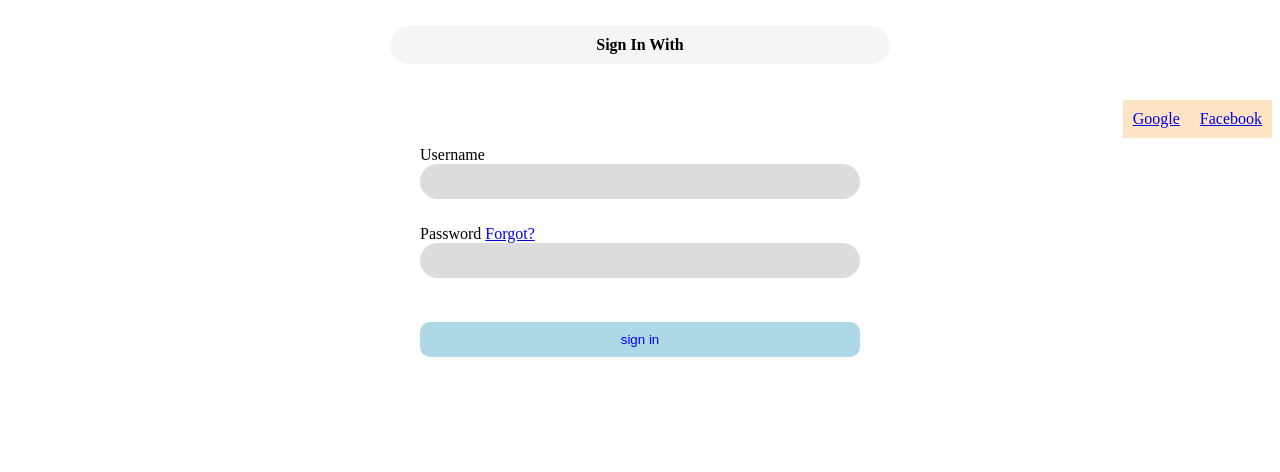
Repository: Tobby004/bdc-assignment-2
Page: index.html
The author's editor kept a copy of each file at every save. The page is drawn from the files as they stood at one save, then again after the next save.
The browser window is 1280 px wide. The pictures show the whole page.

Above is the page before, as saved 2023-02-11 07:14:47.

### index.html
<!DOCTYPE html>
<html lang="en">
<head>
    <meta charset="UTF-8">
    <meta http-equiv="X-UA-Compatible" content="IE=edge">
    <meta name="viewport" content="width=<device-width>, initial-scale=1.0">
    <title>Document</title>
    <link rel="stylesheet" href="task.css">
</head>
<body>
    <header>
    <div class="box-container">
        <div class="box1">
        <br>
            <b>
             Sign In With
            </b>
        <br>
        <br>
        <a href="#">
            Facebook</a>
            <a href="#">
                Google
            </a>
        </div>
            </div>
        </header>


        <div class="form-input">
        <p>Username
            <br>
            <input type="text" placeholder="" />
        </p>
         <p>Password
            <a href="#">Forgot?</a>
            <br>
            <input type="password" />
         </p>
         <br>
         <button>sign in</button>
        </div>

</body>
</html>

### task.css
*{
    box-sizing:border-box;
}
header b {
    background-color:whitesmoke ;
    display: flex;
    padding: 10px;
    border-radius: 40px;
    margin-right: auto;
    margin-left: auto;
    max-width: 500px;
    justify-content: center;
}
header a {
    padding: 10px;
    display: flex;
    background-color: bisque;
    float: inline-end;
    max-width: 500px
}
.form-input{
    display: block;
    max-width: 500px;
    height: 10px;
    padding: 30px;
    margin-left: auto;
    margin-right: auto;
}
input {
    background-color: gainsboro;
    display: flexbox;
    padding: 10px;
    width: 100%;
    border: none;

    border-radius: 30px;
    margin-bottom: 10px;
}
button {
    display: block;
    padding: 10px;
    width: 100%;
    border: none;
    color: blue;
    border-radius: 10px;
    background: lightblue;
}

After the next save:
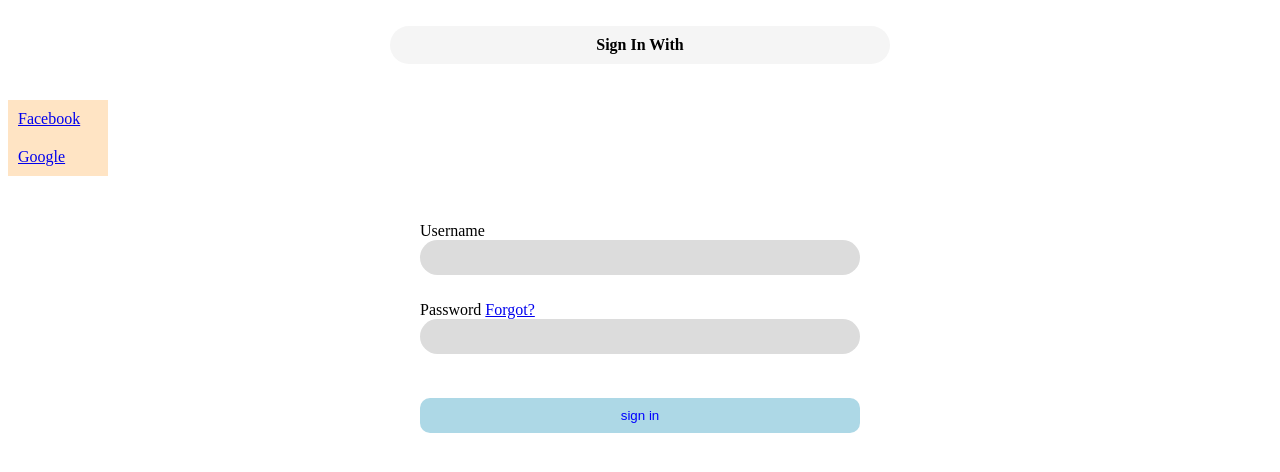
Saved 3 min 11 s later.
--- a/task.css
+++ b/task.css
@@ -12,11 +12,12 @@ header b {
     justify-content: center;
 }
 header a {
+    display: block;
     padding: 10px;
-    display: flex;
     background-color: bisque;
-    float: inline-end;
-    max-width: 500px
+    width: 100%;
+
+    max-width: 100px;
 }
 .form-input{
     display: block;
